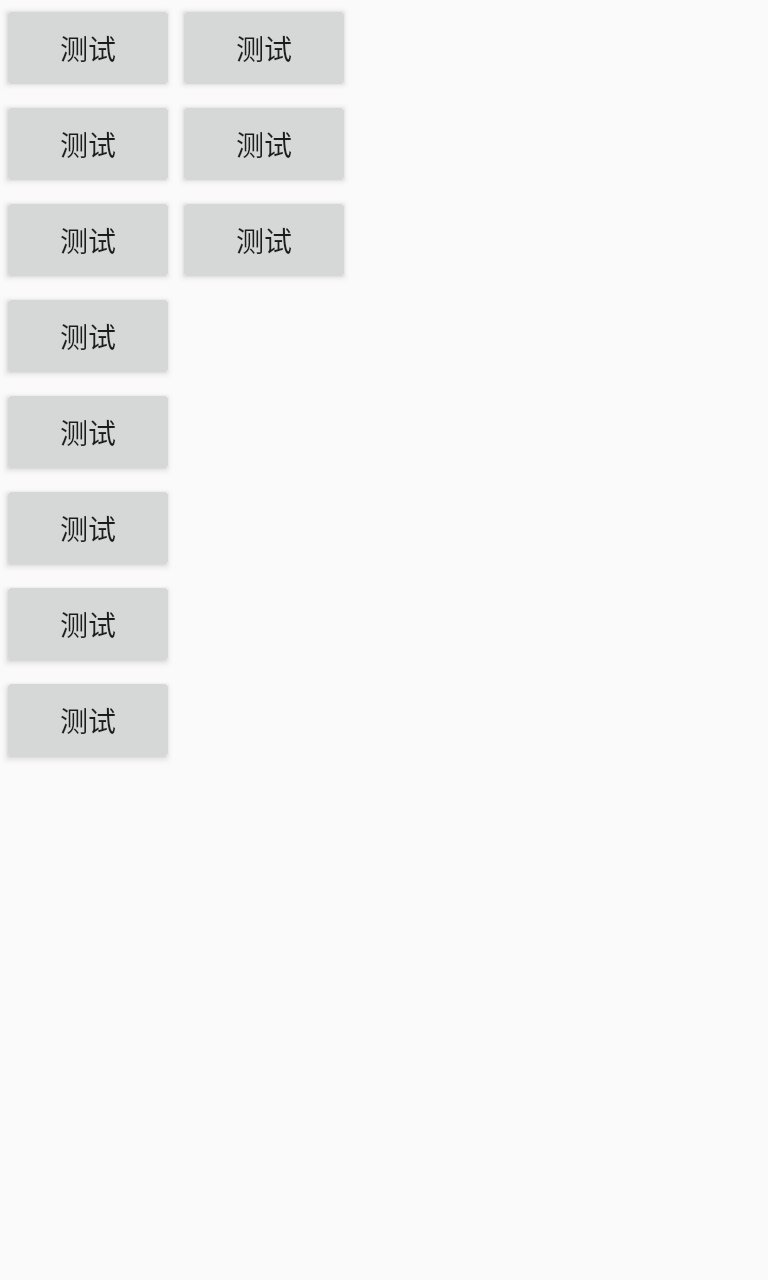
Repository: A207/guanjingjing
Layout: day4/LayoutApp/res/layout/ActivityGridLayout.xml
These files come from the project's save history. The layout is drawn as it stood at one moment and after the next save; the edit follows.
It is drawn on a 768 x 1280 px phone screen (xhdpi) without system bars, with theme AppTheme; the app's code is not run.

Above is the layout before, as saved 2015-07-09 11:15:41.

### day4/LayoutApp/res/layout/ActivityGridLayout.xml
<?xml version="1.0" encoding="UTF-8"?>
<GridLayout xmlns:android="http://schemas.android.com/apk/res/android"
    xmlns:tools="http://schemas.android.com/tools"
    android:layout_width="match_parent"
    android:layout_height="match_parent"
    android:orientation="vertical"
    android:rowCount="8"
    tools:ignore="NewApi" >

    <!-- android:columnCount="3" -->

    <Button
        android:layout_width="wrap_content"
        android:layout_height="wrap_content"
        android:text="测试" >
    </Button>

    <Button
        android:layout_width="wrap_content"
        android:layout_height="wrap_content"
        android:text="测试" >
    </Button>

    <Button
        android:layout_width="wrap_content"
        android:layout_height="wrap_content"
        android:text="测试" >
    </Button>

    <Button
        android:layout_width="wrap_content"
        android:layout_height="wrap_content"
        android:text="测试" >
    </Button>

    <Button
        android:layout_width="wrap_content"
        android:layout_height="wrap_content"
        android:text="测试" >
    </Button>

    <Button
        android:layout_width="wrap_content"
        android:layout_height="wrap_content"
        android:text="测试" >
    </Button>

    <Button
        android:layout_width="wrap_content"
        android:layout_height="wrap_content"
        android:text="测试" >
    </Button>

    <Button
        android:layout_width="wrap_content"
        android:layout_height="wrap_content"
        android:text="测试" >
    </Button>

    <Button
        android:layout_width="wrap_content"
        android:layout_height="wrap_content"
        android:text="测试" >
    </Button>

    <Button
        android:layout_width="wrap_content"
        android:layout_height="wrap_content"
        android:text="测试" >
    </Button>

    <Button
        android:layout_width="wrap_content"
        android:layout_height="wrap_content"
        android:text="测试" >
    </Button>

</GridLayout>

Loaded but not shown: day4/LayoutApp/res/values/styles.xml (common file); day4/LayoutApp/res/values-v11/styles.xml (common file); day4/LayoutApp/res/values-v14/styles.xml (common file)

After the next save:
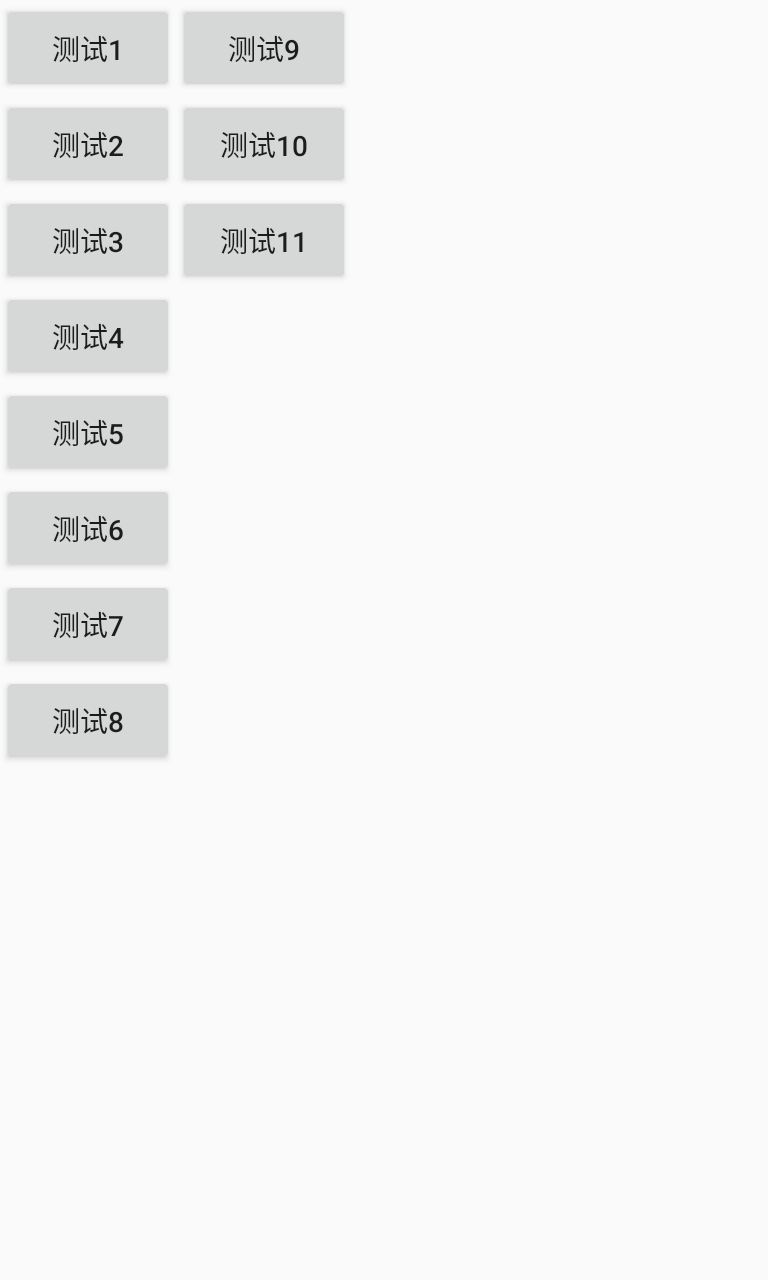
Saved 43 s later.
--- a/day4/LayoutApp/res/layout/ActivityGridLayout.xml
+++ b/day4/LayoutApp/res/layout/ActivityGridLayout.xml
@@ -12,67 +12,67 @@
     <Button
         android:layout_width="wrap_content"
         android:layout_height="wrap_content"
-        android:text="测试" >
+        android:text="测试1" >
     </Button>
 
     <Button
         android:layout_width="wrap_content"
         android:layout_height="wrap_content"
-        android:text="测试" >
+        android:text="测试2" >
     </Button>
 
     <Button
         android:layout_width="wrap_content"
         android:layout_height="wrap_content"
-        android:text="测试" >
+        android:text="测试3" >
     </Button>
 
     <Button
         android:layout_width="wrap_content"
         android:layout_height="wrap_content"
-        android:text="测试" >
+        android:text="测试4" >
     </Button>
 
     <Button
         android:layout_width="wrap_content"
         android:layout_height="wrap_content"
-        android:text="测试" >
+        android:text="测试5" >
     </Button>
 
     <Button
         android:layout_width="wrap_content"
         android:layout_height="wrap_content"
-        android:text="测试" >
+        android:text="测试6" >
     </Button>
 
     <Button
         android:layout_width="wrap_content"
         android:layout_height="wrap_content"
-        android:text="测试" >
+        android:text="测试7" >
     </Button>
 
     <Button
         android:layout_width="wrap_content"
         android:layout_height="wrap_content"
-        android:text="测试" >
+        android:text="测试8" >
     </Button>
 
     <Button
         android:layout_width="wrap_content"
         android:layout_height="wrap_content"
-        android:text="测试" >
+        android:text="测试9" >
     </Button>
 
     <Button
         android:layout_width="wrap_content"
         android:layout_height="wrap_content"
-        android:text="测试" >
+        android:text="测试10" >
     </Button>
 
     <Button
         android:layout_width="wrap_content"
         android:layout_height="wrap_content"
-        android:text="测试" >
+        android:text="测试11" >
     </Button>
 
 </GridLayout>
